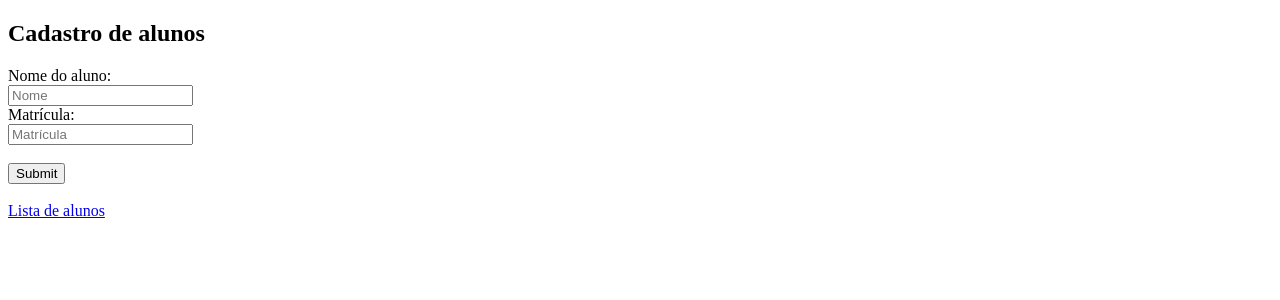
Repository: lorenavasconcellos/Trabalhos-WEB2
Page: CadastroAlunos/src/main/webapp/cadastrar_aluno.html
The author's editor kept a copy of each file at every save. The page is drawn from the files as they stood at one save, then again after the next save.
The browser window is 1280 px wide. The pictures show the whole page.

Above is the page before, as saved 2022-12-01 18:49:19.

### CadastroAlunos/src/main/webapp/cadastrar_aluno.html
<!DOCTYPE html>
<html>
<head>
<meta charset="UTF-8">
<title>Cadastrar Aluno</title>
</head>

<body>
	<h2>Cadastro de alunos</h2>
	<form action="aluno.do" method="post">
		<label for="nome">Nome do aluno:</label><br>
		<input id="nome" type="text" placeholder="Nome"><br>
		<label for="matricula">Matrícula:</label><br>
		<input id="matricula" type="number" placeholder="Matrícula"><br></br>
		<input type="submit"><br><br>
	</form>
	<a href="./index.html">Lista de alunos</a>
</body>
</html>

After the next save:
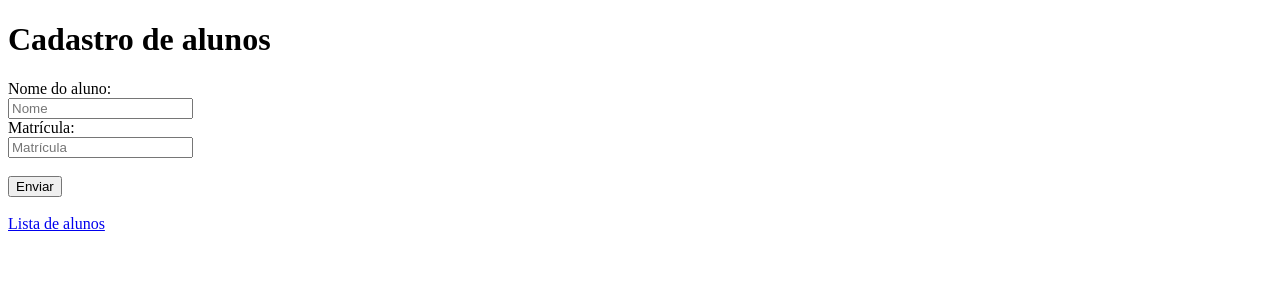
Saved 16 h 49 min later.
--- a/CadastroAlunos/src/main/webapp/cadastrar_aluno.html
+++ b/CadastroAlunos/src/main/webapp/cadastrar_aluno.html
@@ -6,14 +6,16 @@
 </head>
 
 <body>
-	<h2>Cadastro de alunos</h2>
-	<form action="aluno.do" method="post">
+<div>
+	<h1>Cadastro de alunos</h1>
+	<form action="aluno.do" method="POST">
 		<label for="nome">Nome do aluno:</label><br>
 		<input id="nome" type="text" placeholder="Nome"><br>
 		<label for="matricula">Matrícula:</label><br>
 		<input id="matricula" type="number" placeholder="Matrícula"><br></br>
-		<input type="submit"><br><br>
+		<input type="submit" value="Enviar"><br><br>
 	</form>
 	<a href="./index.html">Lista de alunos</a>
+</div>
 </body>
 </html>
